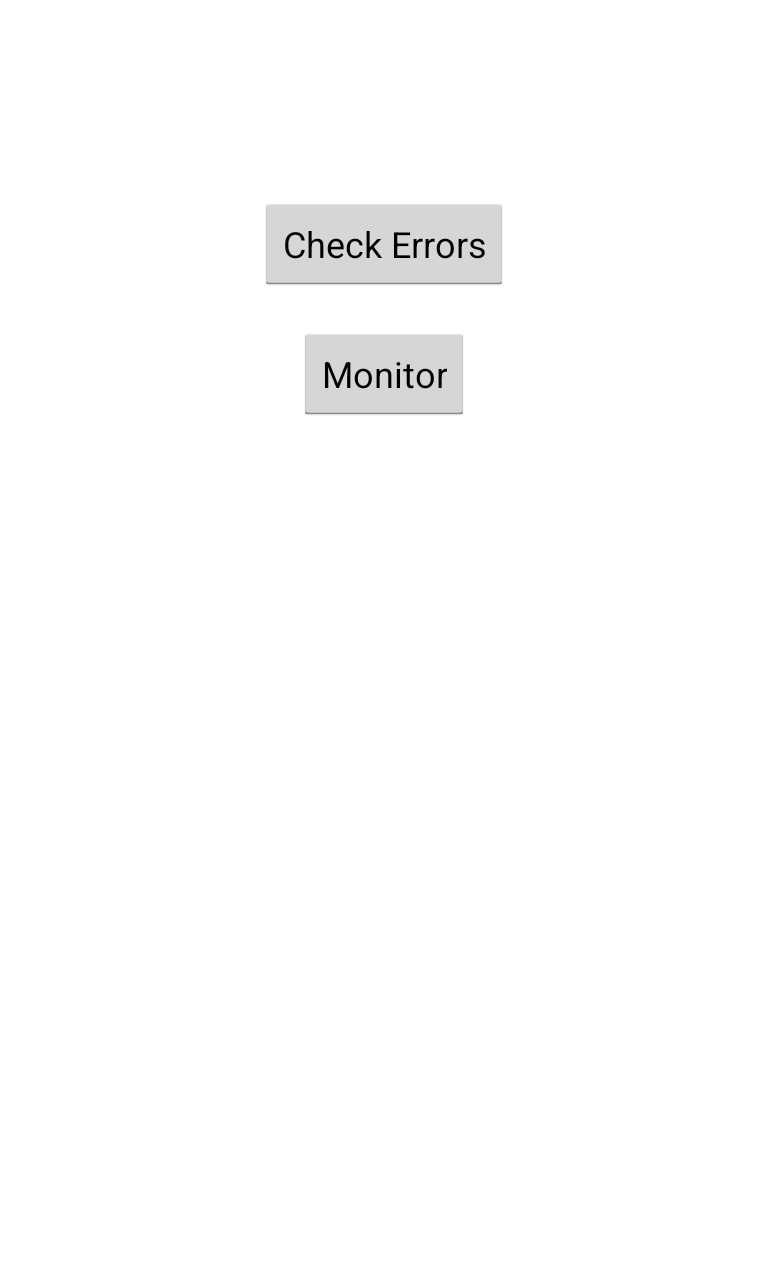
Repository: raul09/Overdrive
Layout: workspace/AutoPerformanceAnalyzer/res/layout/activity_display_mode.xml
An editor plug-in stored every save of this project. The layout is shown before and after the next save, followed by the edit.
It is drawn on a 768 x 1280 px phone screen (xhdpi) without system bars, with theme AppTheme; the app's code is not run.

Above is the layout before, as saved 2013-10-01 21:48:32.

After the next save:
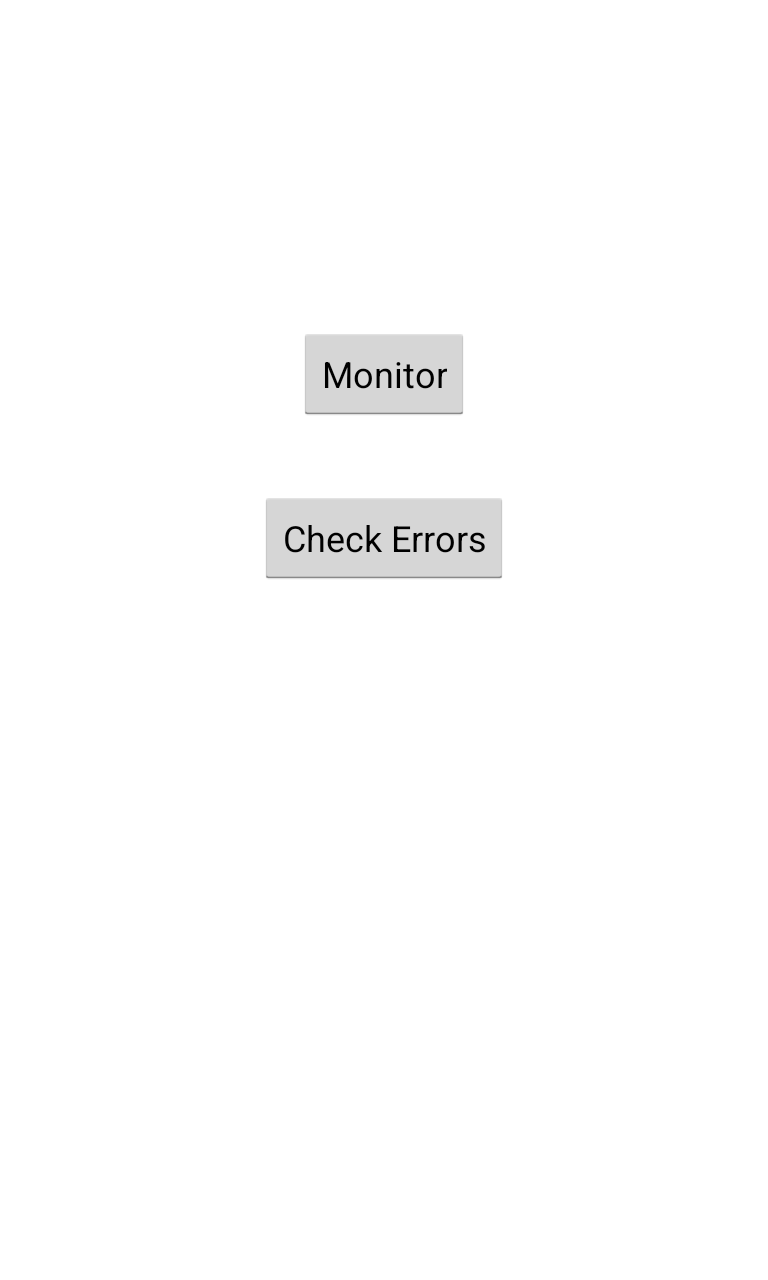
Saved 12 s later.
--- a/workspace/AutoPerformanceAnalyzer/res/layout/activity_display_mode.xml
+++ b/workspace/AutoPerformanceAnalyzer/res/layout/activity_display_mode.xml
@@ -12,7 +12,7 @@
         android:id="@+id/CheckErrors"
         android:layout_width="wrap_content"
         android:layout_height="wrap_content"
-        android:layout_alignTop="@+id/Run"
+        android:layout_alignTop="@+id/Monitor"
         android:layout_centerHorizontal="true"
         android:layout_marginTop="82dp"
         android:text="@string/CheckErrors" />
